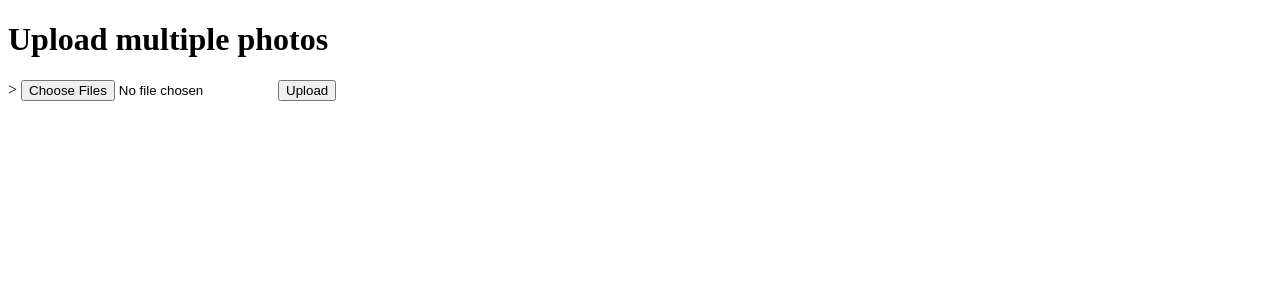
Repository: Mesablip/Mesablip.github.io
Page: http://localhost/
These files come from the project's save history. The page is drawn as it stood at one moment and after the next save; the edit follows.
The browser window is 1280 px wide. The pictures show the whole page.
The page is served by the project's application, run on Flask 3 (backend.py).

Above is the page before, as saved 2023-09-04 23:00:35.

### templates/frontend.html
<!DOCTYPE html>
<html>
<head>
  <title>Photo Upload</title>
</head>
<body>

<h1>Upload multiple photos</h1>

<form enctype="multipart/form-data" action="" method="post" id="upload-form">
  <! <input type="text" id="user-id" placeholder="Enter your ID"> >
  <input type="file" name="photos" multiple id="photos-input">
  <input type="button" value="Upload" onclick="uploadPhotos()">
</form>

<script>
  async function uploadPhotos() {
    const input = document.getElementById('photos-input');
    const files = input.files;
    const formData = new FormData();
    //const userID = document.getElementById('user-id').value;

    for (let i = 0; i < files.length; i++) {
      formData.append('photos', files[i]);
    }

    //formData.append('user_id', userId);

    const response = await fetch('http://localhost:5000/upload', {
      method: 'POST',
      body: formData
    });

    const data = await response.json();
    console.log(data);
  }
</script>

</body>
</html>

### backend.py
from flask import Flask, render_template, request, jsonify
from PIL import Image, ImageOps
import io
import json
import requests

app = Flask(__name__)

@app.route('/')
def index():
    return render_template('frontend.html')

@app.route('/upload', methods=['POST'])
def upload_file():
    #user_id = request.form.get('user_id')
    uploaded_files = request.files.getlist('photos')

    for file in uploaded_files:
        # Convert the uploaded file to a PIL Image object
        image = Image.open(io.BytesIO(file.read()))

        # Perform the image transformations here
        fixed_image = ImageOps.exif_transpose(image)

        byte_arr = io.BytesIO()

        fixed_image.save(byte_arr, format='JPEG')
        byte_arr.seek(0)

        files = {"backgroundPicture": ("279EF96B-957C-4E96-BF86-273586D3B112.JPG", byte_arr, "image/jpeg")}
        json.loads(requests.get('https://scorestream.com/api?request=%7B%22method%22:%22games.posts.add%22,%22params%22:%7B%22accessToken%22:%22c929b8f0-6ee9-4bad-ab7c-e63591eab062%22,%22gameId%22:4689103,%22userText%22:%22Hey%22%7D%7D', files=files).text)
    return jsonify({"message": "Files processed successfully"}), 200

if __name__ == '__main__':
    app.run(debug=True)

After the next save:
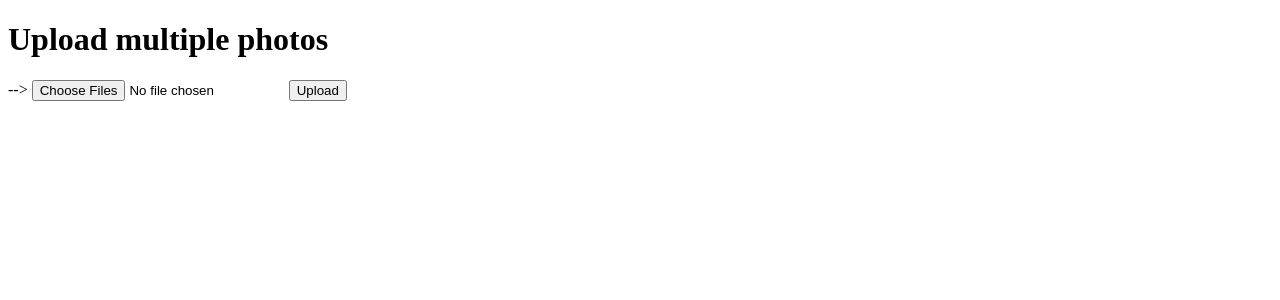
Saved 4 s later.
--- a/templates/frontend.html
+++ b/templates/frontend.html
@@ -8,7 +8,7 @@
 <h1>Upload multiple photos</h1>
 
 <form enctype="multipart/form-data" action="" method="post" id="upload-form">
-  <! <input type="text" id="user-id" placeholder="Enter your ID"> >
+  <! <input type="text" id="user-id" placeholder="Enter your ID"> -->
   <input type="file" name="photos" multiple id="photos-input">
   <input type="button" value="Upload" onclick="uploadPhotos()">
 </form>
